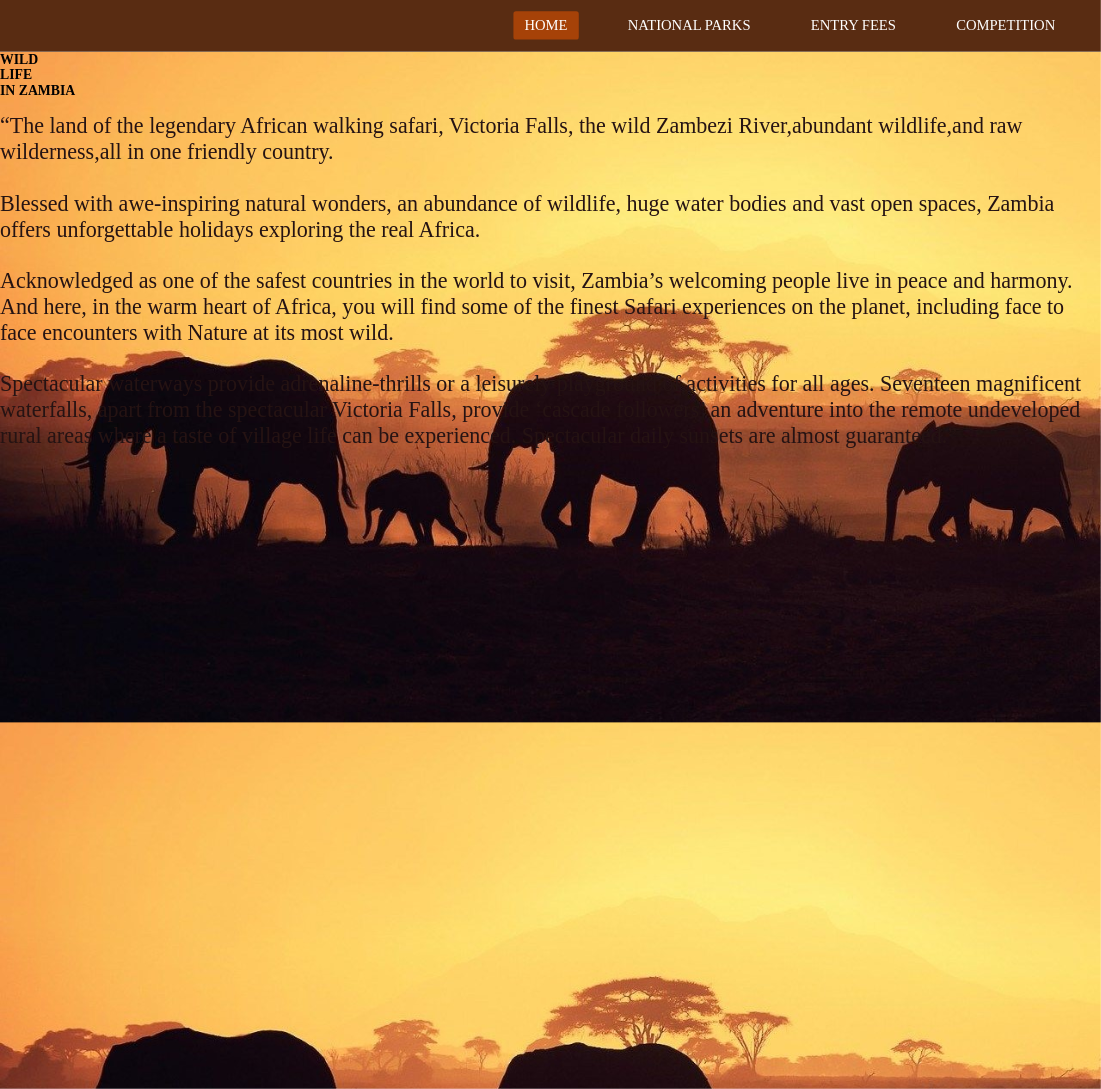
Repository: Lungdjos/web_assignment_3rd_yr
Page: home/index.html
These files come from the project's save history. The page is drawn as it stood at one moment and after the next save; the edit follows.
The browser window is 1280 px wide. The pictures show the whole page, at 86% of full size.
Some web libraries are served in a nearby version.

Above is the page before, as saved 2021-06-18 15:19:40.

### home/index.html
<!DOCTYPE html>
<html lang="en">

<head>
    <meta charset="UTF-8">
    <meta http-equiv="X-UA-Compatible" content="IE=edge">
    <meta name="viewport" content="width=device-width, initial-scale=1.0">
    <link rel="stylesheet" href="index.css">


    <title>Home</title>
    <script src="https://kit.fontawesome.com/a076d05399.js"></script>
</head>

<body>
    <nav>
        <input type="checkbox" id="check">
        <label for="check" class="checkbtn">
            <i class="fas fa-bars"></i>
        </label>
        <label class="logo">  </label>

        <ul>
            <li><a class="active" href="#">Home</a></li>
            <li><a class="dropdown" href="#">National Parks</a>
                <ul class="drop">
                    <li>
                        <a href="/national parks/lower_zambezi/Lower_Zambezi.html">Lower Zambezi</a>
                    </li>
                    <li>
                        <a href="/national parks/mosi-oa-tunia/Mosi-oa-Tunya.html">Mosi oa Tunia</a>
                    </li>
                    <li>
                        <a href="/national parks/south_luangwa/South_Luangwa.html">South Luangwa</a>
                    </li>
                    <li>
                        <a href="/national parks/north_luangwa/North_Luangwa.html">North Luangwa</a>
                    </li>
                </ul>
            </li>
            <li><a href="/entry fee/entry_fee.html">Entry Fees</a></li>
            <li><a href="/competition/competition.html">Competition</a></li>

        </ul>
    </nav>
    <div>
        <section>
            <div>
                <p class="welcome">
                    <strong id="01">WILD</strong><br>
                    <strong id="02">LIFE</strong><br>
                    <strong id="03">IN ZAMBIA</strong>
                </p>
            </div>
            <br>
            <div>
                <p class="para2">
                    <q>The land of the legendary African walking safari, Victoria Falls, the wild Zambezi River,abundant wildlife,and raw wilderness,all in one friendly country. <br><br>Blessed with awe-inspiring natural wonders, an abundance of wildlife,
                    huge water bodies and vast open spaces, Zambia offers unforgettable holidays exploring the real Africa. <br><br>Acknowledged as one of the safest countries in the world to visit, Zambia’s welcoming people live in peace and harmony. And here,
                    in the warm heart of Africa, you will find some of the finest Safari experiences on the planet, including face to face encounters with Nature at its most wild.<br> <br>Spectacular waterways provide adrenaline-thrills or a leisurely playground
                    of activities for all ages. Seventeen magnificent waterfalls, apart from the spectacular Victoria Falls, provide ‘cascade followers’ an adventure into the remote undeveloped rural areas where a taste of village life can be experienced.
                    Spectacular daily sunsets are almost guaranteed.</q></p>
            </div>

        </section>
    </div>


</body>

</html>

### home/index.css
    * {
        padding: 0;
        margin: 0;
        text-decoration: none;
        box-sizing: border-box;
    }

    body {
        font-family: montserrat;
    }

    nav {
        background: #592C12;
        height: 60px;
        width: 100%;
    }

    label.logo {
        color: white;
        font-size: 35;
        line-height: 60px;
        padding: 0 100px;
        font-weight: bold;
    }

    nav ul {
        float: right;
        margin-right: 20px;
    }

    nav ul li {
        display: inline-block;
        line-height: 60px;
        margin: 0 20px;
    }

    nav ul li a {
        color: white;
        font-size: 17px;
        padding: 7px 13px;
        border-radius: 3px;
        text-transform: uppercase;
    }

    a.active,
    a:hover {
        background: #A64208;
        transition: 0.5s;
    }

    .checkbtn {
        font-size: 30px;
        color: white;
        float: right;
        line-height: 60px;
        margin-right: 40px;
        cursor: pointer;
        display: none;
    }

    #check {
        display: none;
    }

    @media (max-width: 1080px) {
        label.logo {
            font-size: 30px;
            padding-left: 50px;
        }
        nav ul li a {
            font-size: 16px;
        }
    }

    @media (max-width: 1080px) {
        .checkbtn {
            display: block;
        }
        ul {
            position: fixed;
            width: 100%;
            height: 100vh;
            background: #592C12;
            top: 80px;
            left: -100%;
            text-align: center;
            transition: all 0.5s;
        }
        nav ul li {
            display: block;
            margin: 50px 0;
            line-height: 20px;
        }
        nav ul li a {
            font-size: 20px;
            font-family: Arial, Helvetica, sans-serif;
        }
        a:hover,
        a.active {
            background: none;
            color: #F2D1B3;
        }
        #check:checked~ul {
            left: 0;
        }
    }

    section {
        background: url(/assets/images/elephants.jpg);
        background-size: no repeat;
        height: calc(180vh - 90px);
    }
    /**New Content Added*/

    nav ul li ul a {
        display: block;
        padding: 0 15px;
        color: white;
        text-decoration: none;
    }

    nav ul li:hover>ul {
        display: block;
    }

    nav ul ul {
        position: absolute;
        top: 30px;
        list-style-type: none;
        line-height: 60px;
    }

    nav ul ul li {
        display: none;
    }

    nav ul ul a {
        width: 100%;
        float: none;
        display: list-item;
        position: relative;
    }

    nav ul ul li a {
        display: list-item;
        list-style-type: none;
        position: inherit;
    }
    /**Wild Life Formatting*/

    strong#01 {
        font-size: 100px;
        font-family: Arial, Helvetica, sans-serif;
    }

    strong#02 {
        margin-left: 100px;
    }

    .para2 {
        font-variant-position: initial;
        font-size: 1.6em;
        color: rgb(37, 19, 19);
        display: relative;
        float: initial;
    }

After the next save:
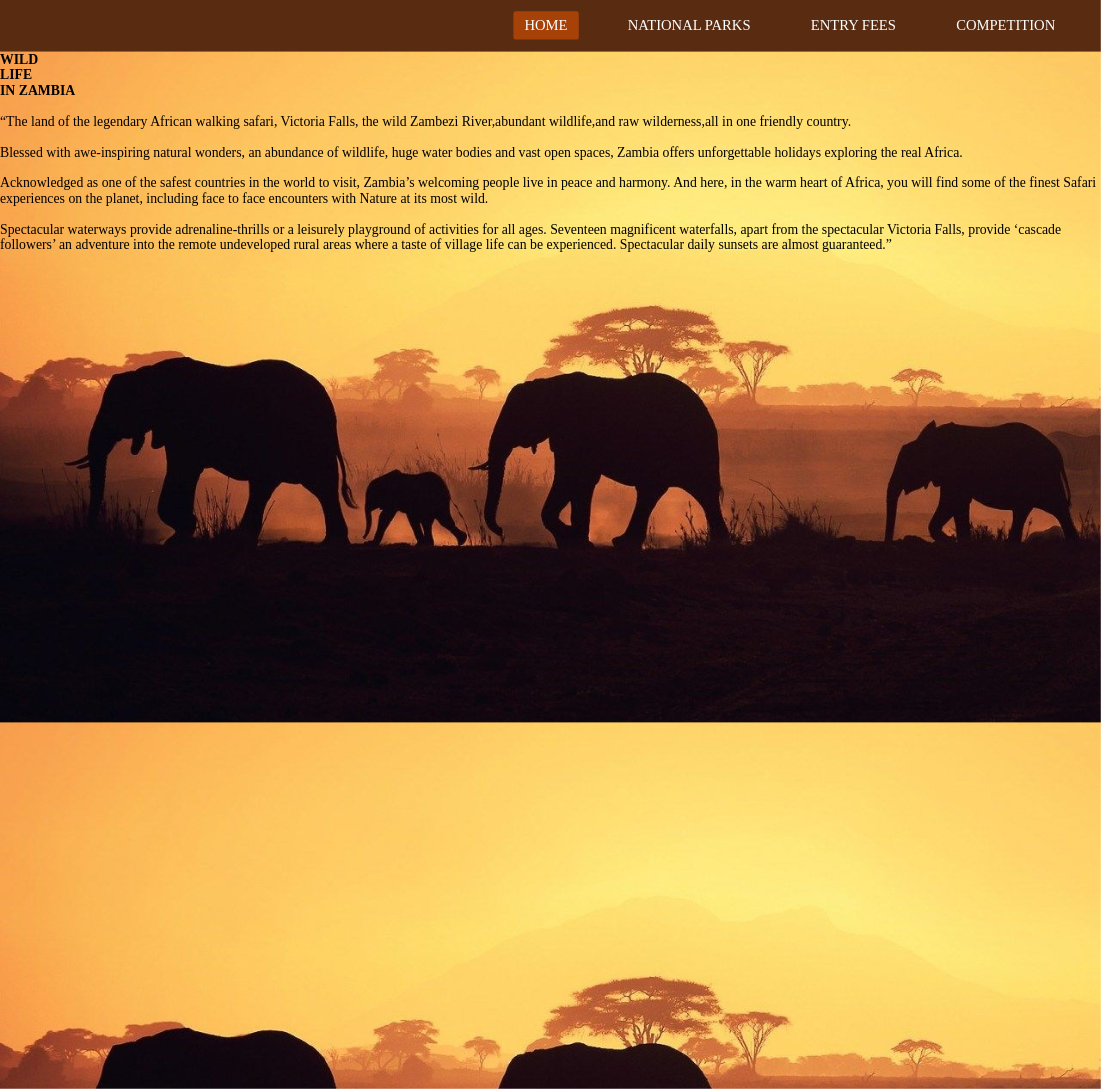
Saved 23 s later.
--- a/home/index.css
+++ b/home/index.css
@@ -157,7 +157,7 @@
         margin-left: 100px;
     }
 
-    .para2 {
+    .wel .para2 {
         font-variant-position: initial;
         font-size: 1.6em;
         color: rgb(37, 19, 19);

After the 3 saves that followed:
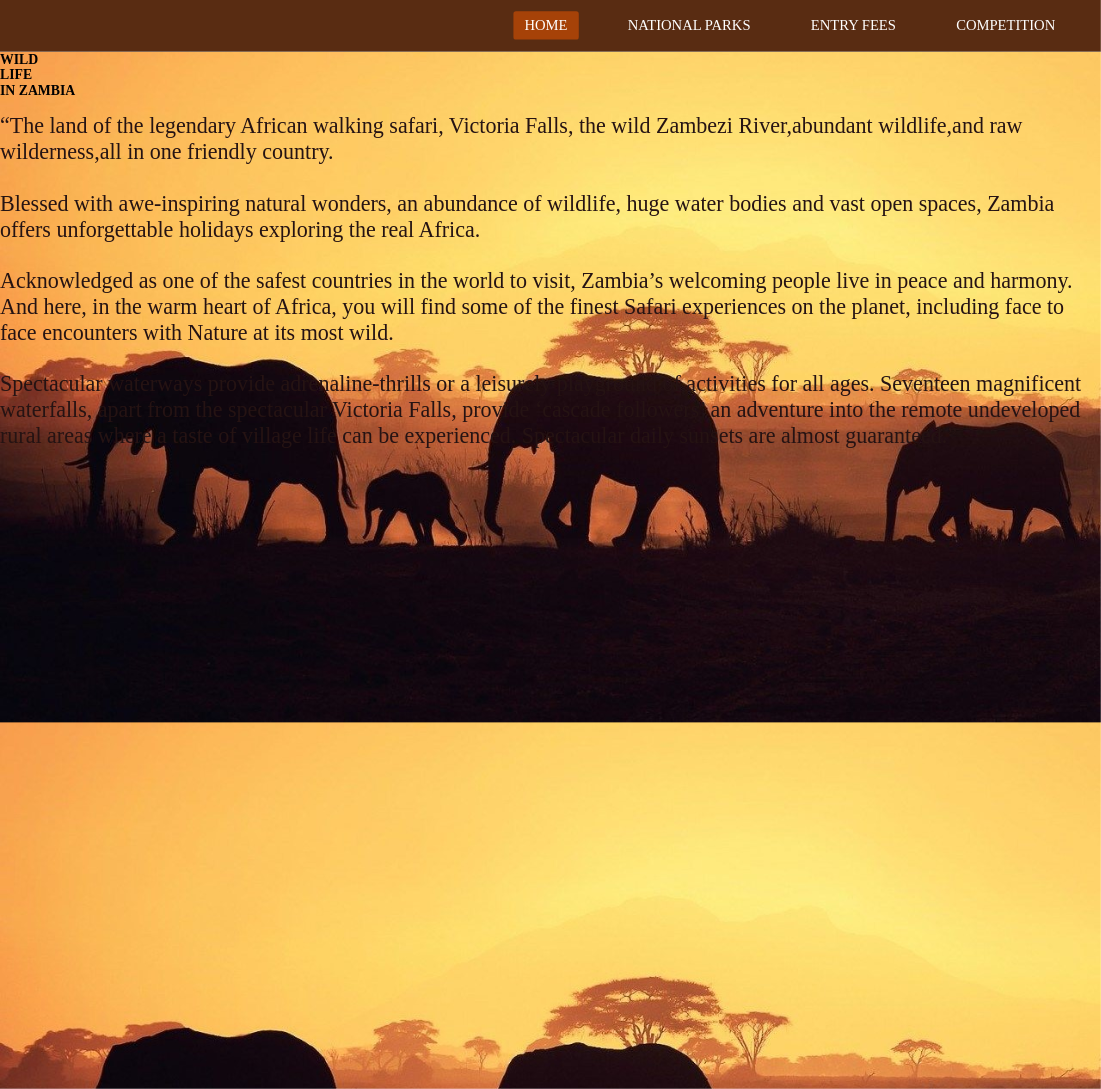
The 3 saves are shown as one change because they came seconds apart.
The last was saved 8 s later.
--- a/home/index.css
+++ b/home/index.css
@@ -157,7 +157,9 @@
         margin-left: 100px;
     }
 
-    .wel .para2 {
+    .welcome {}
+
+    .para2 {
         font-variant-position: initial;
         font-size: 1.6em;
         color: rgb(37, 19, 19);
